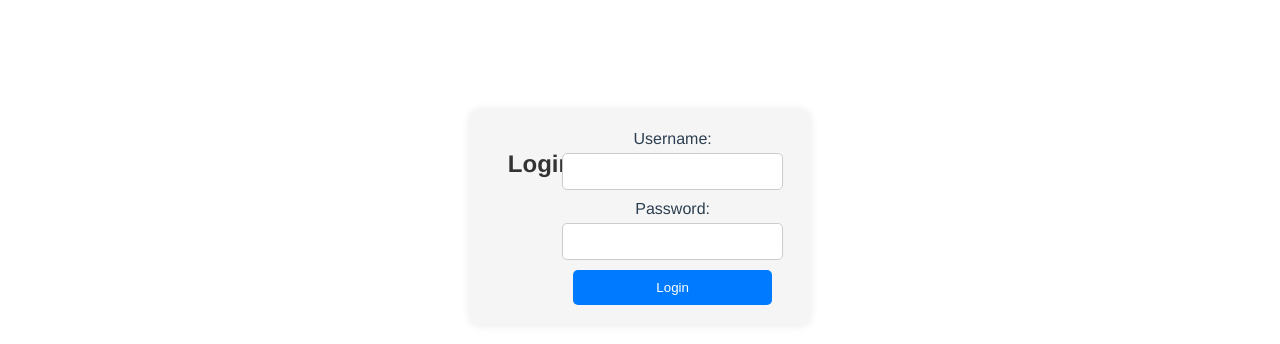
Repository: anhthu112/Todo-list
Page: /
The author's editor kept a copy of each file at every save. The page is drawn from the files as they stood at one save, then again after the next save.
The browser window is 1280 px wide. The pictures show the whole page.
The project was rebuilt for these pictures with package versions that can differ from the ones it lists, and the page was loaded fresh each time. Requests to the local data server were answered from the project's data file. Also part of the build but not shown: vue.config.js.

Above is the page before, as saved 2024-02-01 15:41:11.

After the next save:
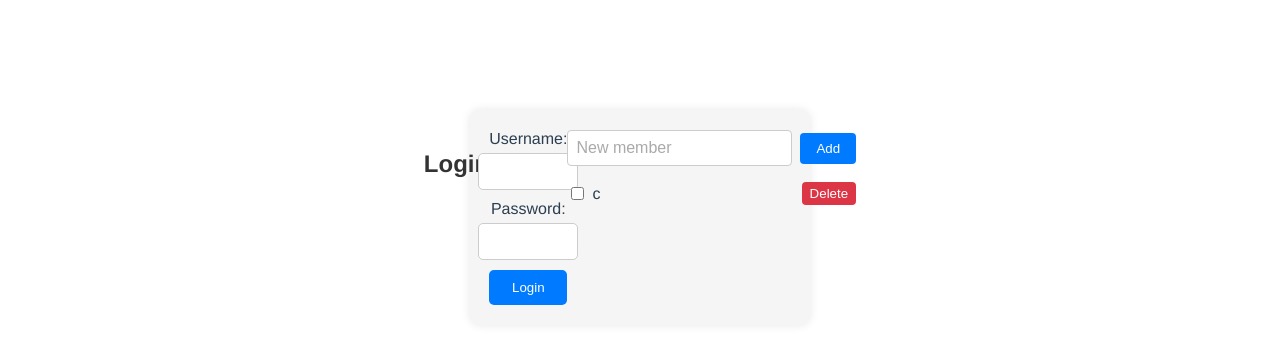
Saved 67 s later.
--- a/src/components/Login.vue
+++ b/src/components/Login.vue
@@ -8,6 +8,7 @@
         <input type="password" id="password" v-model="password" required>
         <button type="submit">Login</button>
       </form>
+      <CompTodo/>
     </div>
 </template>
 
